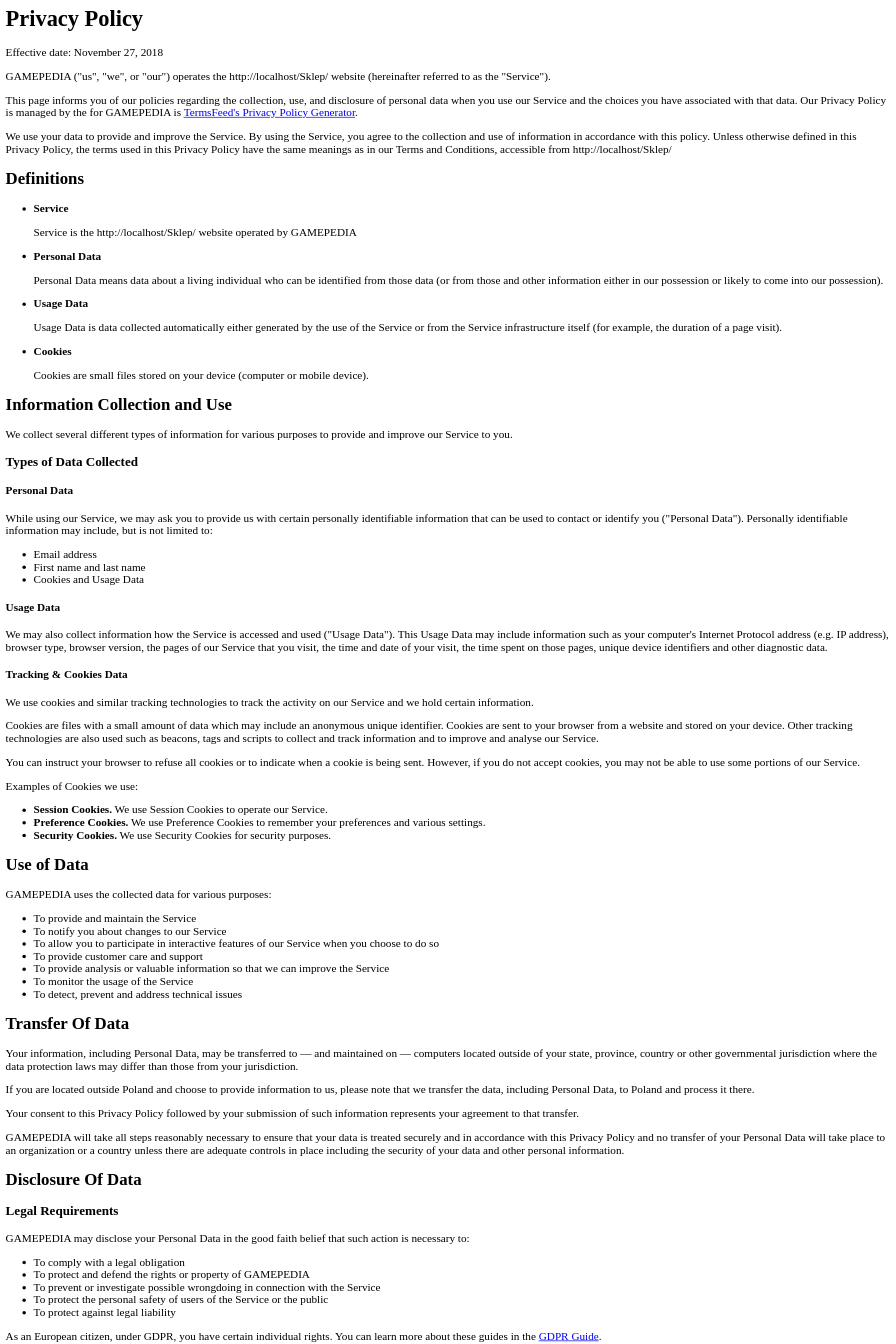
Repository: DaveDavMat/website
Page: http://localhost/privacy.php
An editor plug-in stored every save of this project. The page is shown before and after the next save, followed by the edit.
The browser window is 1280 px wide. The pictures show the part of the page from y = 0 to 1920 px (the page is 2718 px tall before and 2667 px after), at 70% of full size.
The page is run by PHP 8.4 with error messages shown; the project is at /var/www/html/. Other server files are loaded and not shown.

Above is the page before, as saved 2018-11-27 21:16:47.

### privacy.php
<h1>Privacy Policy</h1>


<p>Effective date: November 27, 2018</p>


<p>GAMEPEDIA ("us", "we", or "our") operates the http://localhost/Sklep/ website (hereinafter referred to as the "Service").</p>

<p>This page informs you of our policies regarding the collection, use, and disclosure of personal data when you use our Service and the choices you have associated with that data. Our Privacy Policy is managed by the  for GAMEPEDIA is <a href="https://termsfeed.com/privacy-policy/generator/">TermsFeed's Privacy Policy Generator</a>.</p>

<p>We use your data to provide and improve the Service. By using the Service, you agree to the collection and use of information in accordance with this policy. Unless otherwise defined in this Privacy Policy, the terms used in this Privacy Policy have the same meanings as in our Terms and Conditions, accessible from http://localhost/Sklep/</p>

<h2>Definitions</h2>
<ul>
    <li>
        <p><strong>Service</strong></p>
                <p>Service is the http://localhost/Sklep/ website operated by GAMEPEDIA</p>
            </li>
    <li>
        <p><strong>Personal Data</strong></p>
        <p>Personal Data means data about a living individual who can be identified from those data (or from those and other information either in our possession or likely to come into our possession).</p>
    </li>
    <li>
        <p><strong>Usage Data</strong></p>
        <p>Usage Data is data collected automatically either generated by the use of the Service or from the Service infrastructure itself (for example, the duration of a page visit).</p>
    </li>
    <li>
        <p><strong>Cookies</strong></p>
        <p>Cookies are small files stored on your device (computer or mobile device).</p>
    </li>
</ul>

<h2>Information Collection and Use</h2>
<p>We collect several different types of information for various purposes to provide and improve our Service to you.</p>

<h3>Types of Data Collected</h3>

<h4>Personal Data</h4>
<p>While using our Service, we may ask you to provide us with certain personally identifiable information that can be used to contact or identify you ("Personal Data"). Personally identifiable information may include, but is not limited to:</p>

<ul>
<li>Email address</li><li>First name and last name</li><li>Cookies and Usage Data</li>
</ul>

<h4>Usage Data</h4>

<p>We may also collect information how the Service is accessed and used ("Usage Data"). This Usage Data may include information such as your computer's Internet Protocol address (e.g. IP address), browser type, browser version, the pages of our Service that you visit, the time and date of your visit, the time spent on those pages, unique device identifiers and other diagnostic data.</p>

<h4>Tracking & Cookies Data</h4>
<p>We use cookies and similar tracking technologies to track the activity on our Service and we hold certain information.</p>
<p>Cookies are files with a small amount of data which may include an anonymous unique identifier. Cookies are sent to your browser from a website and stored on your device. Other tracking technologies are also used such as beacons, tags and scripts to collect and track information and to improve and analyse our Service.</p>
<p>You can instruct your browser to refuse all cookies or to indicate when a cookie is being sent. However, if you do not accept cookies, you may not be able to use some portions of our Service.</p>
<p>Examples of Cookies we use:</p>
<ul>
    <li><strong>Session Cookies.</strong> We use Session Cookies to operate our Service.</li>
    <li><strong>Preference Cookies.</strong> We use Preference Cookies to remember your preferences and various settings.</li>
    <li><strong>Security Cookies.</strong> We use Security Cookies for security purposes.</li>
</ul>

<h2>Use of Data</h2>

<p>GAMEPEDIA uses the collected data for various purposes:</p>
<ul>
    <li>To provide and maintain the Service</li>
    <li>To notify you about changes to our Service</li>
    <li>To allow you to participate in interactive features of our Service when you choose to do so</li>
    <li>To provide customer care and support</li>
    <li>To provide analysis or valuable information so that we can improve the Service</li>
    <li>To monitor the usage of the Service</li>
    <li>To detect, prevent and address technical issues</li>
</ul>

<h2>Transfer Of Data</h2>
<p>Your information, including Personal Data, may be transferred to — and maintained on — computers located outside of your state, province, country or other governmental jurisdiction where the data protection laws may differ than those from your jurisdiction.</p>
<p>If you are located outside Poland and choose to provide information to us, please note that we transfer the data, including Personal Data, to Poland and process it there.</p>
<p>Your consent to this Privacy Policy followed by your submission of such information represents your agreement to that transfer.</p>
<p>GAMEPEDIA will take all steps reasonably necessary to ensure that your data is treated securely and in accordance with this Privacy Policy and no transfer of your Personal Data will take place to an organization or a country unless there are adequate controls in place including the security of your data and other personal information.</p>

<h2>Disclosure Of Data</h2>

<h3>Legal Requirements</h3>
<p>GAMEPEDIA may disclose your Personal Data in the good faith belief that such action is necessary to:</p>
<ul>
    <li>To comply with a legal obligation</li>
    <li>To protect and defend the rights or property of GAMEPEDIA</li>
    <li>To prevent or investigate possible wrongdoing in connection with the Service</li>
    <li>To protect the personal safety of users of the Service or the public</li>
    <li>To protect against legal liability</li>
</ul>

<p>As an European citizen, under GDPR, you have certain individual rights. You can learn more about these guides in the <a href="https://termsfeed.com/blog/gdpr/#Individual_Rights_Under_the_GDPR">GDPR Guide</a>.</p>

<h2>Security of Data</h2>
<p>The security of your data is important to us but remember that no method of transmission over the Internet or method of electronic storage is 100% secure. While we strive to use commercially acceptable means to protect your Personal Data, we cannot guarantee its absolute security.</p>

<h2>Service Providers</h2>
<p>We may employ third party companies and individuals to facilitate our Service ("Service Providers"), to provide the Service on our behalf, to perform Service-related services or to assist us in analyzing how our Service is used.</p>
<p>These third parties have access to your Personal Data only to perform these tasks on our behalf and are obligated not to disclose or use it for any other purpose.</p>




<h2>Links to Other Sites</h2>
<p>Our Service may contain links to other sites that are not operated by us. If you click a third party link, you will be directed to that third party's site. We strongly advise you to review the Privacy Policy of every site you visit.</p>
<p>We have no control over and assume no responsibility for the content, privacy policies or practices of any third party sites or services.</p>


<h2>Children's Privacy</h2>
<p>Our Service does not address anyone under the age of 18 ("Children").</p>
<p>We do not knowingly collect personally identifiable information from anyone under the age of 18. If you are a parent or guardian and you are aware that your Child has provided us with Personal Data, please contact us. If we become aware that we have collected Personal Data from children without verification of parental consent, we take steps to remove that information from our servers.</p>


<h2>Changes to This Privacy Policy</h2>
<p>We may update our Privacy Policy from time to time. We will notify you of any changes by posting the new Privacy Policy on this page.</p>
<p>We will let you know via email and/or a prominent notice on our Service, prior to the change becoming effective and update the "effective date" at the top of this Privacy Policy.</p>
<p>You are advised to review this Privacy Policy periodically for any changes. Changes to this Privacy Policy are effective when they are posted on this page.</p>


<h2>Contact Us</h2>
<p>If you have any questions about this Privacy Policy, please contact us:</p>
<ul>
            <li>By visiting this page on our website: http://localhost/Sklep/contact</li>

        </ul>

### nav.php
<!doctype html>

<html class="no-js" lang="pl">
    <head>
        <meta charset="utf-8">
        <meta http-equiv="X-UA-Compatible" content="IE=edge,chrome=1">
        <title>GAMEINFO</title>
        <meta name="description" content="">
        <meta name="viewport" content="width=device-width, initial-scale=1">
        <link rel="apple-touch-icon" href="apple-touch-icon.png">
        <link rel="stylesheet" href="css/main.css">

        <link rel="stylesheet" href="css/bootstrap.css">

        <style>
            body {

                padding-bottom: 20px;
            }
        </style>
        <link rel="stylesheet" href="css/bootstrap-theme.min.css">


        <script src="js/vendor/modernizr-2.8.3-respond-1.4.2.min.js"></script>

    </head>
    <body  overflow-y:"scroll;>

    <nav class="navbar navbar-inverse">
  <div class="container-fluid">
    <div class="navbar-header">
      <img src="img/logo.jpg" class="logo">
      <a class="navbar-brand" href="index.php">GAMEPEDIA</a>
    </div>
    <ul class="nav navbar-nav">
      <li class="active"><a href="index.php">Home</a></li>
      <li ><a href="#">Page 1</a></li>
      <li ><a href="#">Page 2</a></li>
    </ul>
       <?php
                if(isset($_SESSION['loginSuccess'])){
                        if($_SESSION['loginSuccess'] == true){

                                echo " <a href='logout.php' class='button1'>Wyloguj!</a>
                                <span style='color:red;' class='loggedin'>Witaj, ".$_SESSION["loginName"]."!</span>";


                        }else{ echo '<ul class="nav navbar-nav navbar-right">
      <li><a href="rejestracja.php"><span class="glyphicon glyphicon-user"></span>Rejestracja</a></li>
      <li><a href="logform.php"><span class="glyphicon glyphicon-log-in"></span>Zaloguj</a></li>
    </ul>';
                          }
                }else{
                  echo '<ul class="nav navbar-nav navbar-right">
      <li><a href="rejestracja.php"><span class="glyphicon glyphicon-user"></span>Rejestracja</a></li>
      <li><a href="logform.php"><span class="glyphicon glyphicon-log-in"></span>Zaloguj</a></li>
    </ul>';

                }
                ?>
  </div>
</nav>



        </div>

### css/main.css


/* ==========================================================================
   Author's custom styles
   ========================================================================== */


.box {
    margin-right: -15px;
    margin-left: -15px;
    margin-top: 7%;
}


html {
    overflow-y:scroll;
}

body { min-height:101%;
 }

#myCarousel{
    margin-top:4%;
}

.loggedin{
float:right;
}

a.button1{
padding:0.35em 1.2em;
border:0.1em solid #000000;
margin:0 0.3em 0.3em 0;
border-radius:0.12em;
box-sizing: border-box;
text-decoration:none;
font-family:'Roboto',sans-serif;
font-weight:300;
color:#000000;
background-color:#FFFFFF;
text-align:center;
transition: all 0.2s;
float:right;
margin-left:20px;
}
a.button1:hover{
color:#FFFFFF;
background-color:#000000;
}
@media all and (max-width:30em){
 a.button1{
display:block;
margin:0.4em auto;
}
}

.logo{
height:50px;
width:50px;
float:left;
margin-left:15px;
margin-right:15px;

}

.navbar{
background-color: #000 !important;

}

.navbar-brand{
color:white;
}


@use postcss-cssnext;
/* helpers/align.css */

.align {
  align-items: center;
  display: flex;
  justify-content: center;
}

/* helpers/grid.css */

:root {
  --gridMaxWidth: 24em;
  --gridWidth: 90%;
}

.grid {
  margin-left: auto;
  margin-right: auto;
  max-width: var(--gridMaxWidth);
  width: var(--gridWidth);
}

/* helpers/icon.css */

.icon {
  display: inline-block;
  height: 1.25em;
  line-height: 1.25em;
  margin-right: 0.625em;
  text-align: center;
  vertical-align: middle;
  width: 1.25em;
}

.icon--info {
  background-color: #e5e5e5;
  border-radius: 50%;
}

/* layout/base.css */

:root {
  --bodyBackgroundColor: #eaeaea;
  --bodyColor: #999;
  --bodyFontFamily: 'Helvetica', 'Arial';
  --bodyFontFamilyFallback: sans-serif;
  --bodyFontSize: 0.875rem;
  --bodyFontWeight: 400;
  --bodyLineHeight: 1.5;
}

*,
*::before,
*::after {
  box-sizing: inherit;
}

html {
  box-sizing: border-box;
  height: 100%;
}

body {
  background-color: var(--bodyBackgroundColor);
  font-family: var(--bodyFontFamily), var(--bodyFontFamilyFallback);
  font-size: var(--bodyFontSize);
  font-weight: var(--bodyFontWeight);
  line-height: var(--bodyLineHeight);
  margin: 0;
  min-height: 100%;
}

/* modules/anchor.css */

:root {
  --anchorColor: inherit;
  --anchorHoverColor: #1dabb8;
}

a {
  color: var(--anchorColor);
  text-decoration: none;
  transition: color 0.3s;
}

a:hover {
  color: var(--anchorHoverColor);
}

/* modules/form.css */

fieldset {
  border: none;
  margin: 0;
}

input {
  appearance: none;
  border: none;
  font: inherit;
  margin: 0;
  outline: none;
  padding: 0;
}

input[type='submit'] {
  cursor: pointer;
}

.form input[type='email'],
.form input[type='password'] {
  width: 100%;
}

/* modules/login.css */

:root {
  --loginBorderRadius: 0.25em;
  --loginHeaderBackgroundColor: #3b3b3b;

  --loginInputBorderRadius: 0.25em;
}

.login__header {
  background-color: var(--loginHeaderBackgroundColor);
  border-top-left-radius: var(--loginBorderRadius);
  border-top-right-radius: var(--loginBorderRadius);
  color: #fff;
  padding: 1.5em;
  text-align: center;
  text-transform: uppercase;
}

.login__title {
  font-size: 1rem;
  margin: 0;
}

.login__body {
  background-color: #fff;
  padding: 1.5em;
  position: relative;
}

.login__body::before {
  background-color: #fff;
  content: '';
  height: 0.5em;
  left: 50%;
  margin-left: -0.25em;
  margin-top: -0.25em;
  position: absolute;
  top: 0;
  transform: rotate(45deg);
  width: 0.5em;
}

.login input[type='email'],
.login input[type='password'] {
  border: 0.0625em solid #e5e5e5;
  padding: 1em 1.25em;
}

.login input[type='email'] {
  border-top-left-radius: var(--loginInputBorderRadius);
  border-top-right-radius: var(--loginInputBorderRadius);
}

.login input[type='password'] {
  border-bottom-left-radius: var(--loginInputBorderRadius);
  border-bottom-right-radius: var(--loginInputBorderRadius);
  border-top: 0;
}

.login input[type='submit'] {
  background-color: #1dabb8;
  border-radius: var(--loginInputBorderRadius);
  color: #fff;
  font-weight: 700;
  order: 1;
  padding: 0.75em 1.25em;
  transition: background-color 0.3s;
}

.login input[type='submit']:focus,
.login input[type='submit']:hover {
  background-color: #198d98;
}

.login__footer {
  align-items: center;
  background-color: #fff;
  border-bottom-left-radius: var(--loginBorderRadius);
  border-bottom-right-radius: var(--loginBorderRadius);
  display: flex;
  justify-content: space-between;
  padding-bottom: 1.5em;
  padding-left: 1.5em;
  padding-right: 1.5em;
}

.login__footer p {
  margin: 0;
}



@import url(https://fonts.googleapis.com/css?family=Roboto:400,300,500);
*:focus {
  outline: none;
}

body {
  margin: 0;
  padding: 0;
  background: #DDD;
  font-size: 16px;
  color: #222;
  font-family: 'Roboto', sans-serif;
  font-weight: 300;
}

#login-box {
  position: relative;
  margin: 5% auto;
  width: 600px;
  height: 400px;
  background: #FFF;
  border-radius: 2px;
  box-shadow: 0 2px 4px rgba(0, 0, 0, 0.4);
}


.logleft {
  position: absolute;
  top: 0;
  left: 0;
  box-sizing: border-box;
  padding: 40px;
  width: 300px;
  height: 400px;
}

h1 {
  margin: 0 0 20px 0;
  font-weight: 300;
  font-size: 28px;
}

input[type="text"],
input[type="password"] {
  display: block;
  box-sizing: border-box;
  margin-bottom: 20px;
  padding: 4px;
  width: 220px;
  height: 32px;
  border: none;
  border-bottom: 1px solid #AAA;
  font-family: 'Roboto', sans-serif;
  font-weight: 400;
  font-size: 15px;
  transition: 0.2s ease;
}

input[type="text"]:focus,
input[type="password"]:focus {
  border-bottom: 2px solid #16a085;
  color: #16a085;
  transition: 0.2s ease;
}

input[type="submit"] {
  margin-top: 28px;
  width: 120px;
  height: 32px;
  background: #1dabb8;
  border: none;
  border-radius: 2px;
  color: #FFF;
  font-family: 'Roboto', sans-serif;
  font-weight: 500;
  text-transform: uppercase;
  transition: 0.1s ease;
  cursor: pointer;
}

input[type="submit"]:hover,
input[type="submit"]:focus {
  opacity: 0.8;
  box-shadow: 0 2px 4px rgba(0, 0, 0, 0.4);
  transition: 0.1s ease;
}

input[type="submit"]:active {
  opacity: 1;
  box-shadow: 0 1px 2px rgba(0, 0, 0, 0.4);
  transition: 0.1s ease;
}

.or {
  position: absolute;
  top: 180px;
  left: 280px;
  width: 40px;
  height: 40px;
  background: #DDD;
  border-radius: 50%;
  box-shadow: 0 2px 4px rgba(0, 0, 0, 0.4);
  line-height: 40px;
  text-align: center;
}

.logright {
  position: absolute;
  top: 0;
  right: 0;
  box-sizing: border-box;
  padding: 40px;
  width: 300px;
  height: 400px;
  background: url('https://goo.gl/YbktSj');
  background-size: cover;
  background-position: center;
  border-radius: 0 2px 2px 0;
}

.logright .loginwith {
  display: block;
  margin-bottom: 40px;
  font-size: 28px;
  color: #FFF;
  text-align: center;
}

button.social-signin {
  margin-bottom: 20px;
  width: 220px;
  height: 36px;
  border: none;
  border-radius: 2px;
  color: #FFF;
  font-family: 'Roboto', sans-serif;
  font-weight: 500;
  transition: 0.2s ease;
  cursor: pointer;
}

button.social-signin:hover,
button.social-signin:focus {
  box-shadow: 0 2px 4px rgba(0, 0, 0, 0.4);
  transition: 0.2s ease;
}

button.social-signin:active {
  box-shadow: 0 1px 2px rgba(0, 0, 0, 0.4);
  transition: 0.2s ease;
}

button.social-signin.facebook {
  background: #32508E;
}

button.social-signin.twitter {
  background: #55ACEE;
}

button.social-signin.google {
  background: #DD4B39;
}

Loaded but not shown: css/bootstrap.css (library); css/bootstrap-theme.min.css (library)

After the next save:
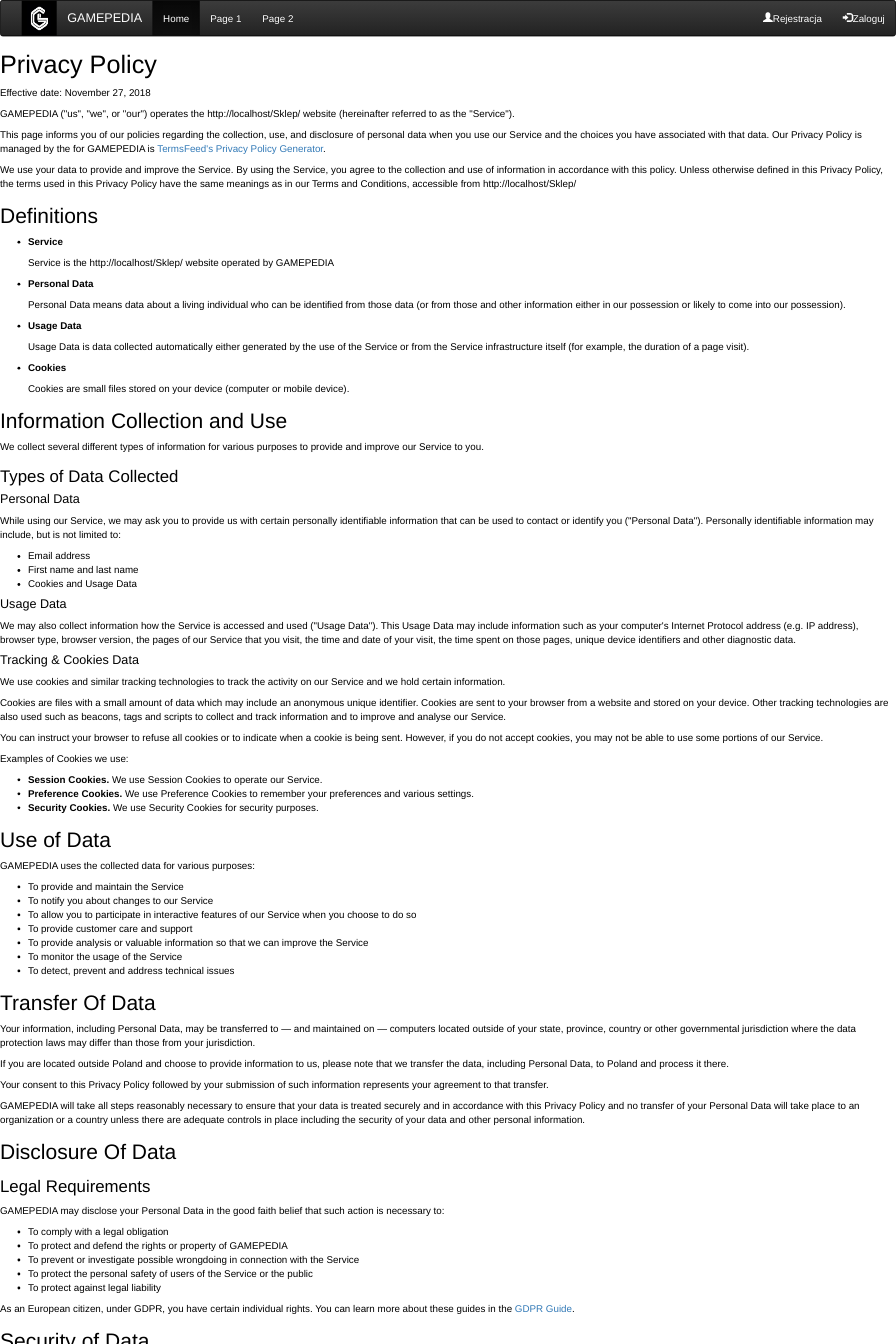
Saved 34 s later.
--- a/privacy.php
+++ b/privacy.php
@@ -1,3 +1,5 @@
+<?php require('nav.php') ?>
+
 <h1>Privacy Policy</h1>
 
 
